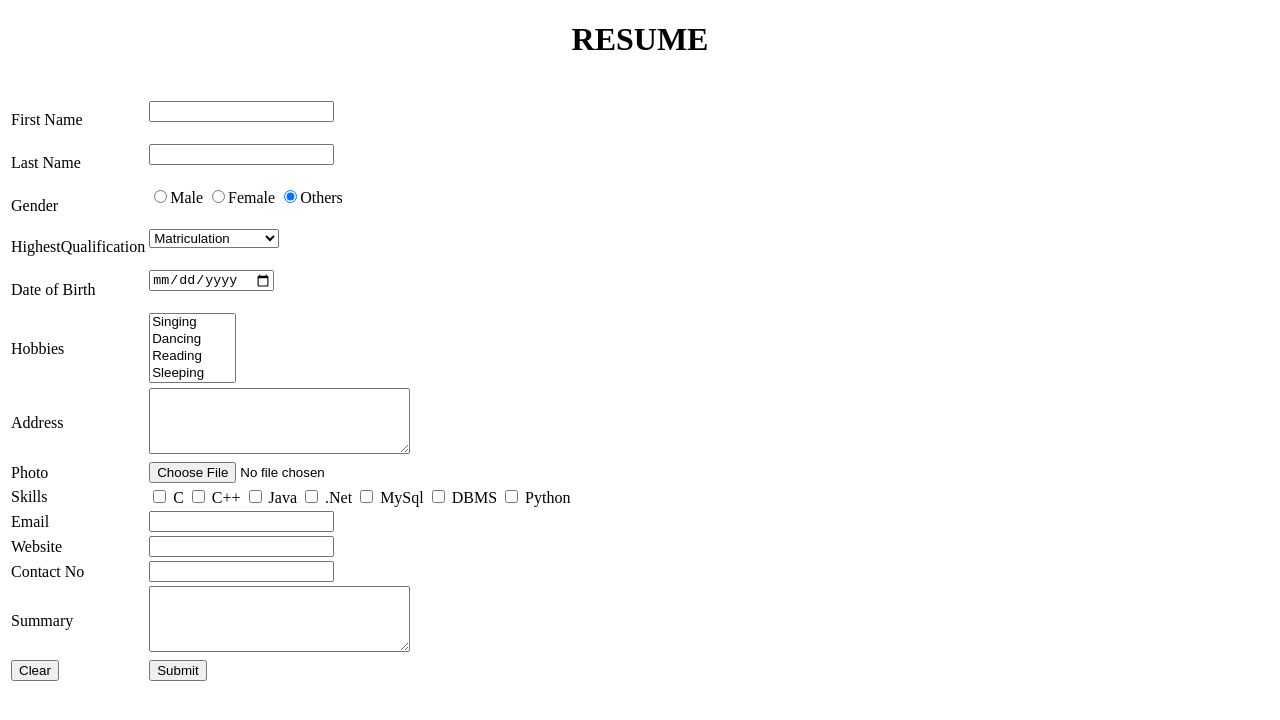
Repository: Rccalfa123/JEE
Page: MyFirstServlet/WebContent/Resume.html
An editor plug-in stored every save of this project. The page is shown before and after the next save, followed by the edit.
The browser window is 1280 px wide. The pictures show the whole page.

Above is the page before, as saved 2018-08-07 08:57:18.

After the next save:
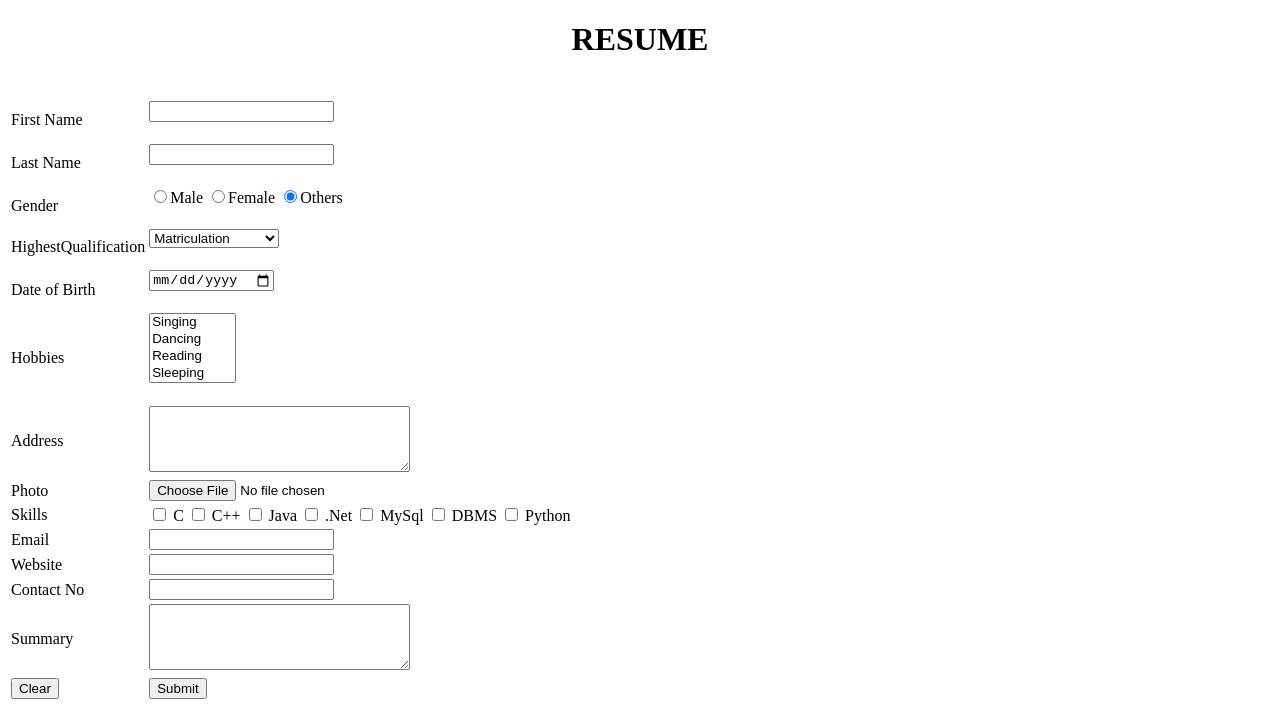
Saved 6 s later.
--- a/MyFirstServlet/WebContent/Resume.html
+++ b/MyFirstServlet/WebContent/Resume.html
@@ -32,7 +32,7 @@
             <option value="sleeping">Sleeping</option>
             <option value="eating">Eating</option>
             <option value="video_games">Video Games</option>
-   			</select><br></td></tr>
+   			</select><br><br></td></tr>
 
    <tr><td>Address</td><td> <textarea name="address"   rows="4" cols="30"></textarea><br></td></tr>
 
